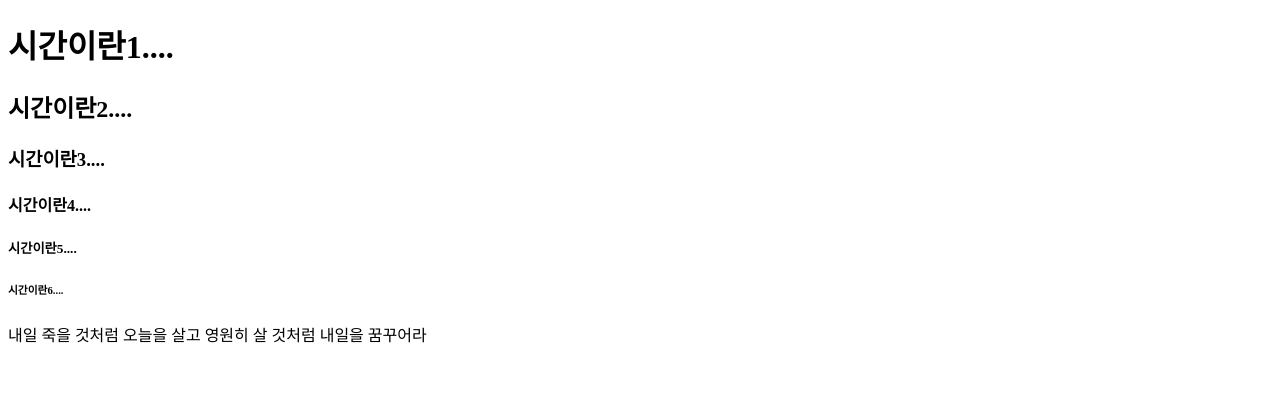
Repository: seulhwangbo/SeulJSP
Page: jspSrc17/webStandard01/src/main/webapp/01/basic03.html
These files come from the project's save history. The page is drawn as it stood at one moment and after the next save; the edit follows.
The browser window is 1280 px wide. The pictures show the whole page.

Above is the page before, as saved 2024-06-13 03:18:12.

After the next save:
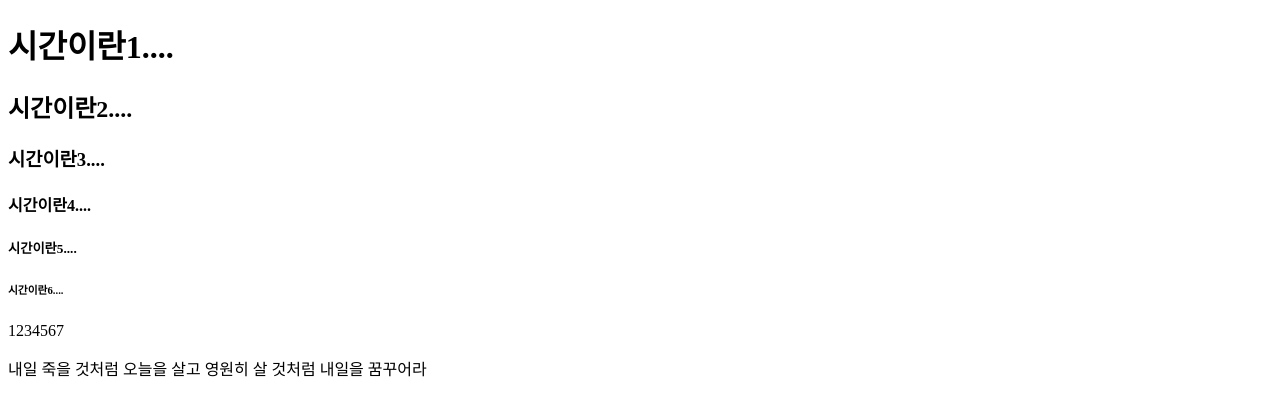
Saved 53 s later.
--- a/jspSrc17/webStandard01/src/main/webapp/01/basic03.html
+++ b/jspSrc17/webStandard01/src/main/webapp/01/basic03.html
@@ -12,7 +12,7 @@
 	<h5> 시간이란5....</h5>
 	<h6> 시간이란6....</h6>
 
-
+	1234567
 	<p>내일 죽을 것처럼 오늘을 살고 영원히 살 것처럼 내일을 꿈꾸어라</p>
 </body>
 </html>

After the save that followed:
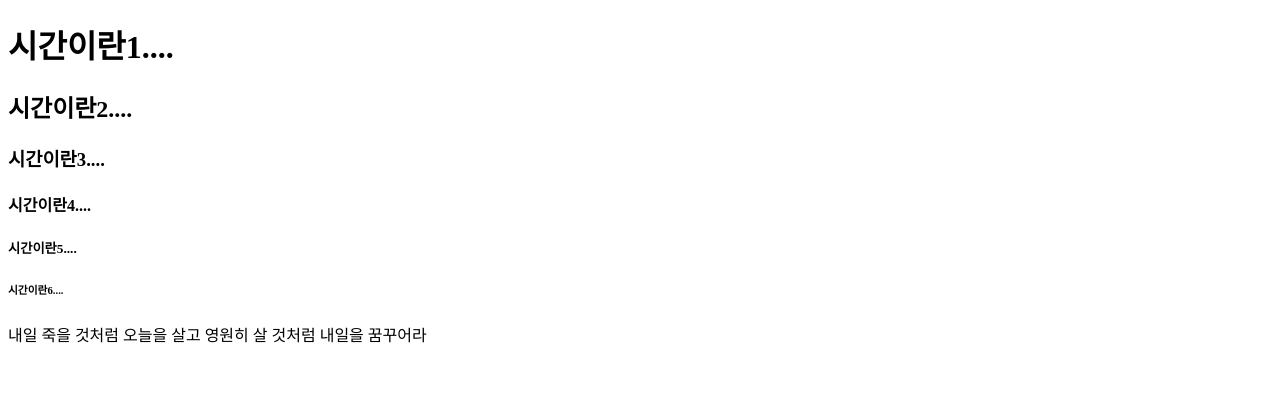
Saved 21 s later.
--- a/jspSrc17/webStandard01/src/main/webapp/01/basic03.html
+++ b/jspSrc17/webStandard01/src/main/webapp/01/basic03.html
@@ -12,7 +12,6 @@
 	<h5> 시간이란5....</h5>
 	<h6> 시간이란6....</h6>
 
-	1234567
 	<p>내일 죽을 것처럼 오늘을 살고 영원히 살 것처럼 내일을 꿈꾸어라</p>
 </body>
 </html>
